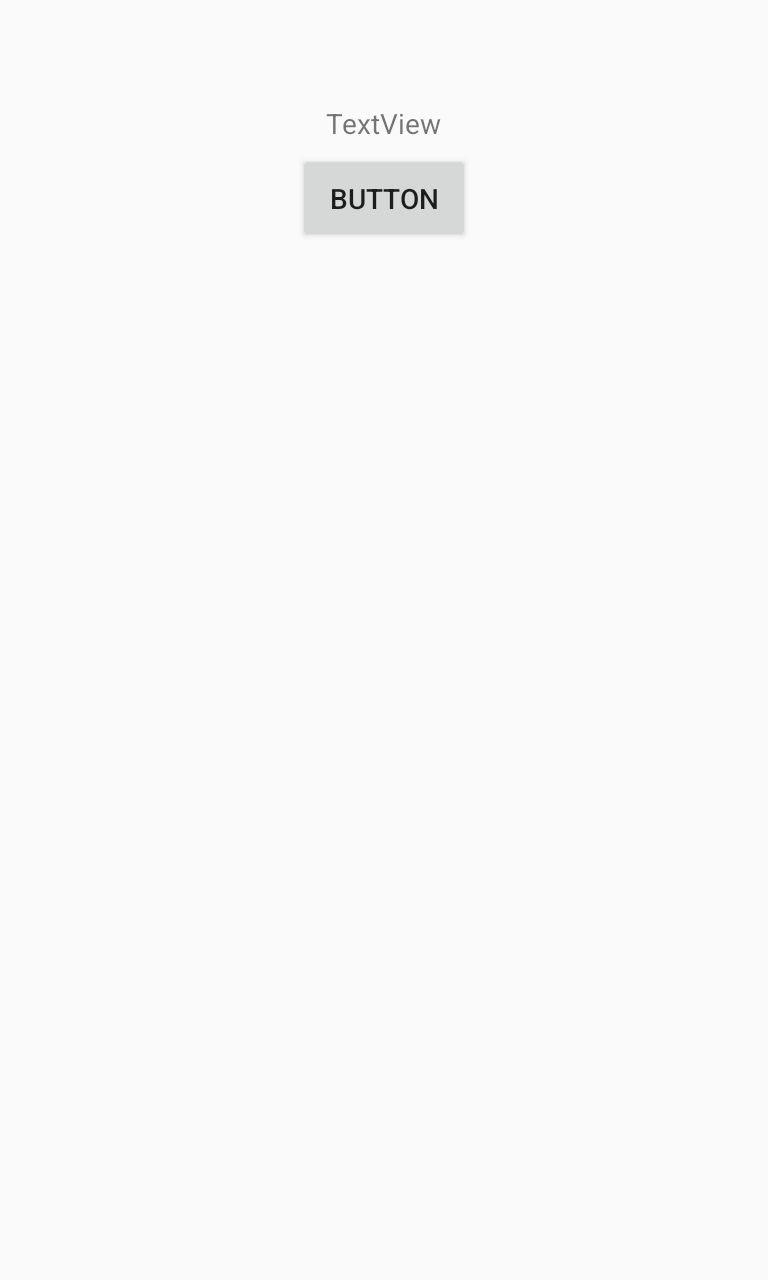
Repository: deltap1/iD-Tech-Repo
Layout: IDTechProject/res/layout/activity_main.xml
The author's editor kept a copy of each file at every save. The layout is drawn from the files as they stood at one save, then again after the next save.
It is drawn on a 768 x 1280 px phone screen (xhdpi) without system bars, with theme AppTheme; the app's code is not run.

Above is the layout before, as saved 2014-07-08 14:30:57.

### IDTechProject/res/layout/activity_main.xml
<RelativeLayout xmlns:android="http://schemas.android.com/apk/res/android"
    xmlns:tools="http://schemas.android.com/tools"
    android:layout_width="match_parent"
    android:layout_height="match_parent"
    android:paddingBottom="@dimen/activity_vertical_margin"
    android:paddingLeft="@dimen/activity_horizontal_margin"
    android:paddingRight="@dimen/activity_horizontal_margin"
    android:paddingTop="@dimen/activity_vertical_margin"
    tools:context="com.masonl.idtechproject.MainActivity" >

    <Button
        android:id="@+id/button1"
        android:layout_width="wrap_content"
        android:layout_height="wrap_content"
        android:layout_alignParentTop="true"
        android:layout_centerHorizontal="true"
        android:layout_marginTop="59dp"
        android:text="Button" />

    <TextView
        android:id="@+id/textView1"
        android:layout_width="wrap_content"
        android:layout_height="wrap_content"
        android:layout_alignParentTop="true"
        android:layout_centerHorizontal="true"
        android:layout_marginTop="36dp"
        android:text="TextView" />

</RelativeLayout>

Loaded but not shown: IDTechProject/res/values/styles.xml (common file); IDTechProject/res/values-v11/styles.xml (common file); IDTechProject/res/values-v14/styles.xml (common file); IDTechProject/res/values/dimens.xml (common file); IDTechProject/res/values-w820dp/dimens.xml (common file)

After the next save:
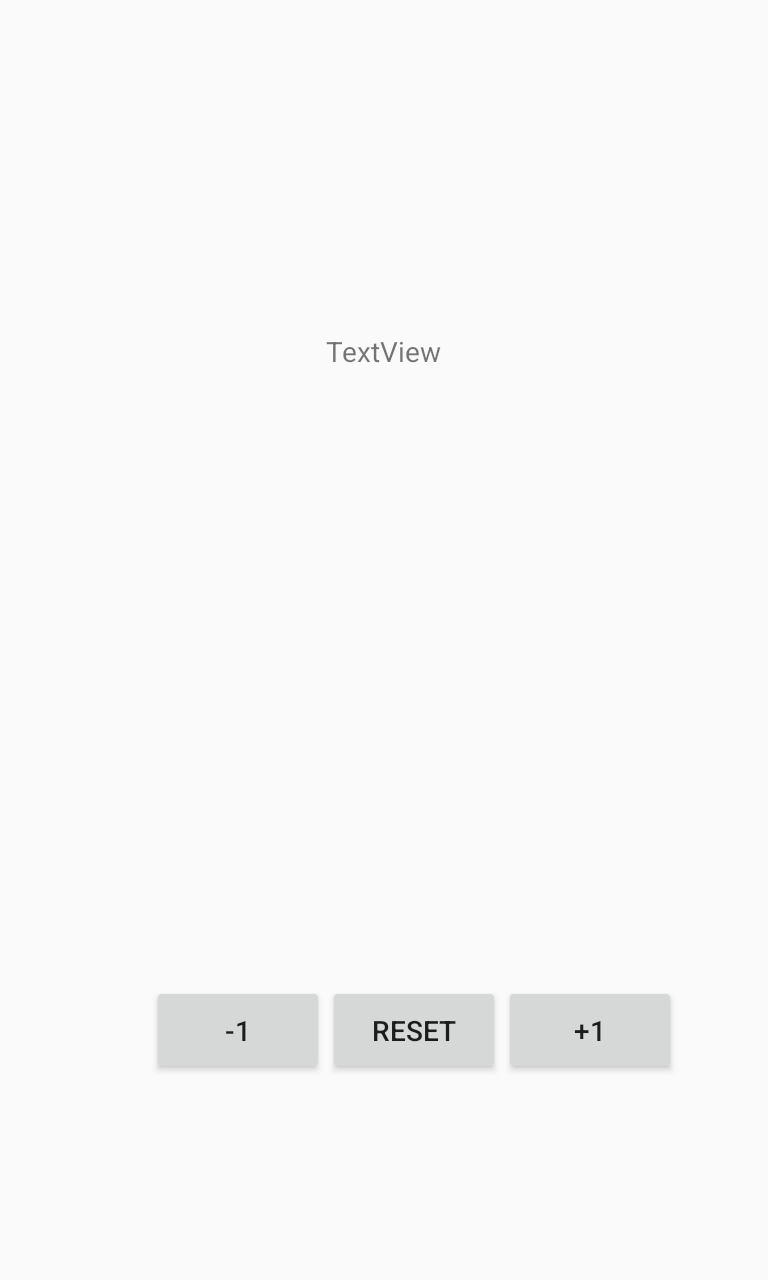
Saved 2 s later.
--- a/IDTechProject/res/layout/activity_main.xml
+++ b/IDTechProject/res/layout/activity_main.xml
@@ -8,22 +8,40 @@
     android:paddingTop="@dimen/activity_vertical_margin"
     tools:context="com.masonl.idtechproject.MainActivity" >
 
-    <Button
-        android:id="@+id/button1"
-        android:layout_width="wrap_content"
-        android:layout_height="wrap_content"
-        android:layout_alignParentTop="true"
-        android:layout_centerHorizontal="true"
-        android:layout_marginTop="59dp"
-        android:text="Button" />
-
     <TextView
         android:id="@+id/textView1"
         android:layout_width="wrap_content"
         android:layout_height="wrap_content"
         android:layout_alignParentTop="true"
         android:layout_centerHorizontal="true"
-        android:layout_marginTop="36dp"
+        android:layout_marginTop="150dp"
         android:text="TextView" />
 
+    <Button
+        android:id="@+id/button2"
+        android:layout_width="wrap_content"
+        android:layout_height="wrap_content"
+        android:layout_alignParentBottom="true"
+        android:layout_marginBottom="85dp"
+        android:layout_toLeftOf="@+id/button1"
+        android:text="-1" />
+
+    <Button
+        android:id="@+id/button3"
+        android:layout_width="wrap_content"
+        android:layout_height="wrap_content"
+        android:layout_alignBaseline="@+id/button1"
+        android:layout_alignBottom="@+id/button1"
+        android:layout_toRightOf="@+id/button1"
+        android:text="+1" />
+
+    <Button
+        android:id="@+id/button1"
+        android:layout_width="wrap_content"
+        android:layout_height="wrap_content"
+        android:layout_alignBaseline="@+id/button2"
+        android:layout_alignBottom="@+id/button2"
+        android:layout_alignLeft="@+id/textView1"
+        android:text="Reset" />
+
 </RelativeLayout>
